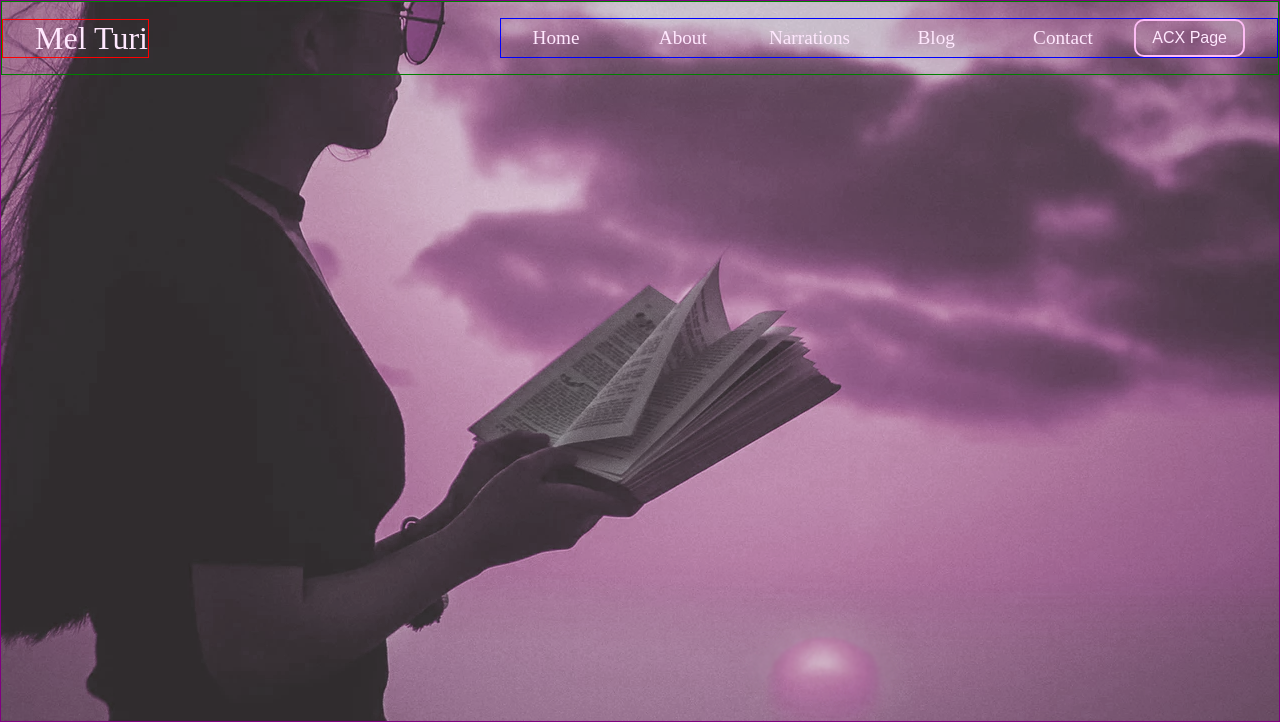
Repository: mel-turi/mel-turi-website
Page: /
The author's editor kept a copy of each file at every save. The page is drawn from the files as they stood at one save, then again after the next save.
The browser window is 1280 px wide. The pictures show the whole page.
Backgrounds fixed to the window are drawn as part of the page. Some web fonts or font styles are not loaded; a fallback is used. The project was rebuilt for these pictures with package versions that can differ from the ones it lists, and the page was loaded fresh each time.

Above is the page before, as saved 2019-08-23 20:23:21.

After the next save:
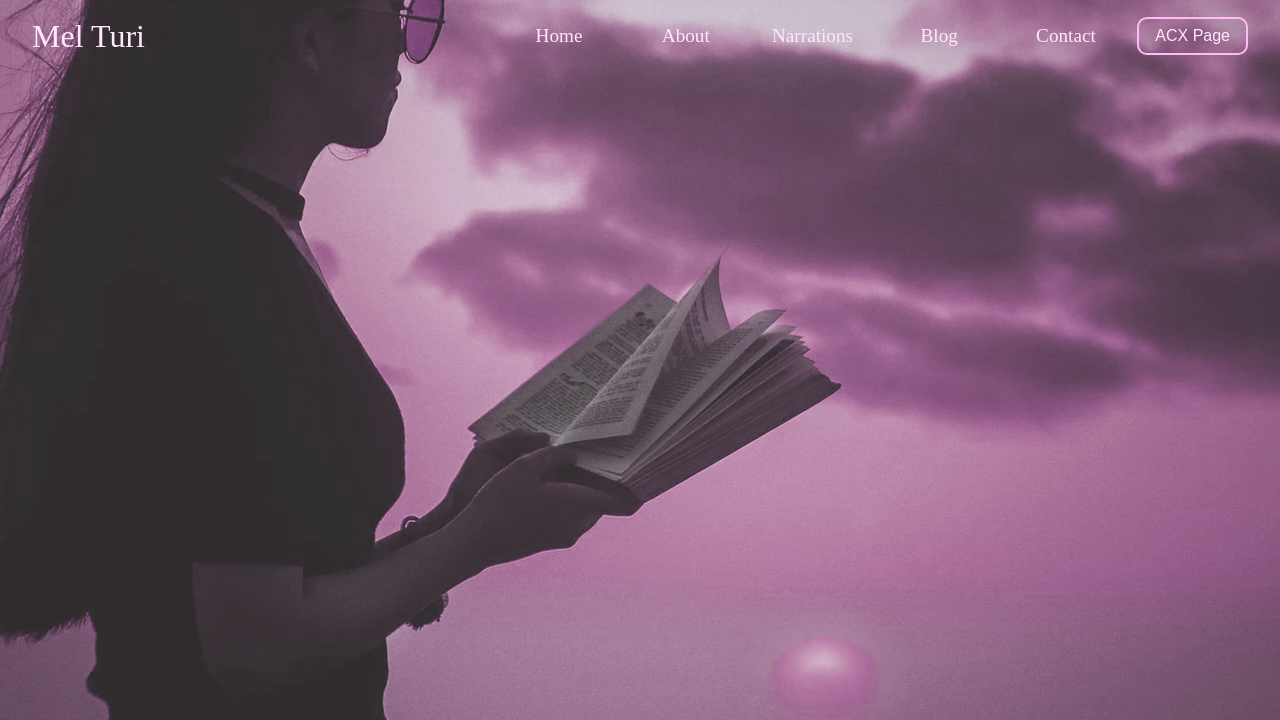
Saved 57 s later.
--- a/src/index.css
+++ b/src/index.css
@@ -32,7 +32,7 @@
   display: grid;
   grid-template-rows: 1fr 1fr 1fr;
   align-items: space-between;
-  border: 1px solid purple;
+
   min-height: 100vh;
 }
 
@@ -47,20 +47,18 @@
   justify-content: space-between;
   margin: 0;
   padding: 0;
-  border: 1px solid green;
 }
 
 .title {
   font-size: 2rem;
   padding-left: 2rem;
-  border: 1px solid red;
+
   justify-self: start;
 }
 .main-navigation {
   color: var(--light-primary-color);
   justify-self: end;
   padding-right: 2rem;
-  border: 1px solid blue;
 }
 .main-navigation > ul {
   display: grid;
